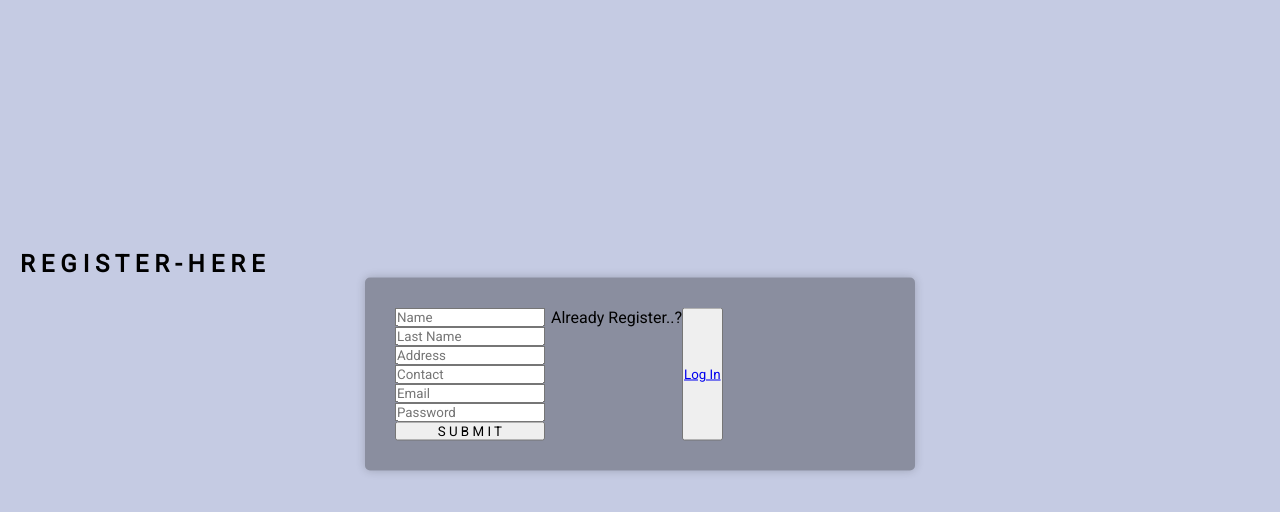
Repository: Krushna26nk/WebApplication
Page: http://localhost/Application/
An editor plug-in stored every save of this project. The page is shown before and after the next save, followed by the edit.
The browser window is 1280 px wide. The pictures show the whole page.
The page is served by Tomcat 9. Other server files are loaded and not shown.

Above is the page before, as saved 2019-05-31 13:22:14.

### web/Application/WebContent/RegisterData.jsp
<%@ page language="java" contentType="text/html; charset=UTF-8"
    pageEncoding="UTF-8"%>
<!DOCTYPE html PUBLIC "-//W3C//DTD HTML 4.01 Transitional//EN" "http://www.w3.org/TR/html4/loose.dtd">
<html>
<head>
<meta http-equiv="Content-Type" content="text/html; charset=UTF-8">
<link rel="stylesheet" type="text/css" href="Style.css">
<title>Insert title here</title>
</head>
<body bg="blur.jpg">
<div class="regDiv">
	<h2> R E G I S T E R - H E R E </h2>
<div class="formDiv">
	<form class="form" action="Registration" style="align:middle;">
				 <div class="inputFields">

					  	<input type="text" id="firstName" placeholder="Name" name="uname">

				 	  	<input type="text" id="lastName" placeholder="Last Name" name="lname">

				  	   	<input type="text" id="userAddress" placeholder="Address" name="address">

				  		<input type="number" id="contactNo" placeholder="Contact" name="contact">

				  		<input type="email" id="emailId" placeholder="Email" name="email">

				  		<input type="password" id="userPassword" placeholder="Password" name="pass">


		 	<input type="submit" value="S U B M I T">
		 </div>
	</form>
	<p> Already Register..?  </p>
		<button type="button"><a href="Login.jsp"> Log In </a></button>

</div>

</div>


<script type="text/javascript">
	var userFName = document.getElementById("firstName");
	var userLName = document.getElementById("lastName");
	var userAddr = document.getElementById("userAddress");
	var contct = document.getElementById("contactNo");
	var emailId = document.getElementById("emailId");
	var userPass = document.getElementById("userPassword");
</script>


</body>
</html>

### web/Application/WebContent/Style.css
@CHARSET "UTF-8";
@import url('https://fonts.googleapis.com/css?family=Roboto');
*{
	margin:0;
	padding:0;
	box-sizing: border-box;
	outline:none;
	font-family: 'Roboto', sans-serif;
}
body{
	background-color:#C5CBE3;
}

.regDiv{
	position:absolute;
	top:50%;
	transform:translateY(-50%);
	width:100%;
	padding:0px 20px;

}
.formDiv{
	max-width:550px;
	margin:0 auto;
	background:rgba(0,0,0,0.3);
	padding:30px;
	border-radius:5px;
	display:flex;
	box-shadow: 0 0 10px rgba(0,0,0,0.2);
}

.inputFields{
	display:flex;
	flex-direction:column;
	margin-right:4%;
}

After the next save:
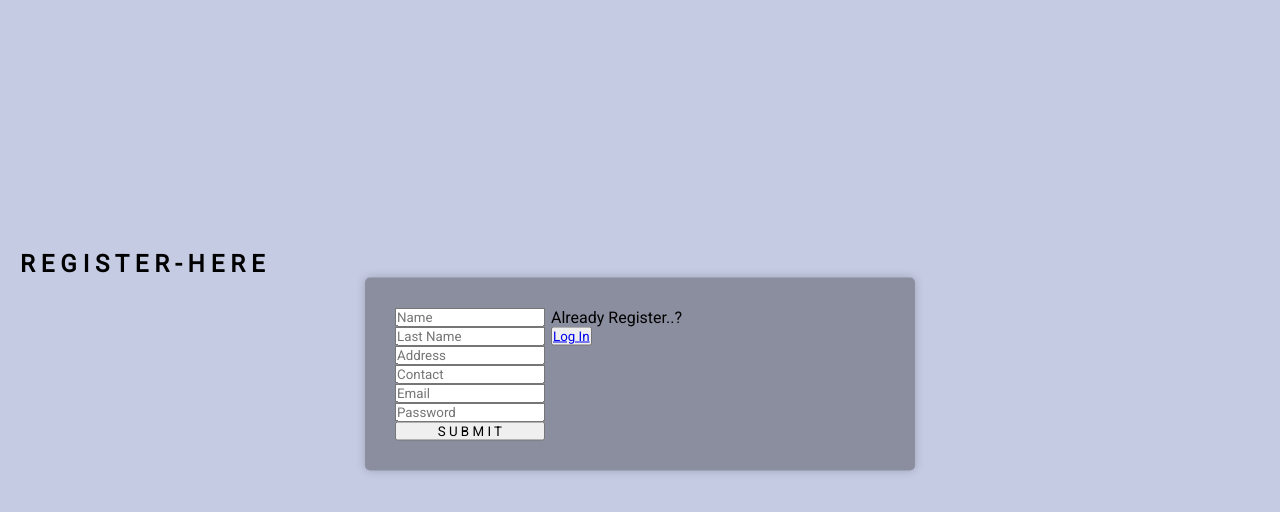
Saved 45 s later.
--- a/web/Application/WebContent/RegisterData.jsp
+++ b/web/Application/WebContent/RegisterData.jsp
@@ -27,12 +27,13 @@
 				  		<input type="password" id="userPassword" placeholder="Password" name="pass">
 
 
-		 	<input type="submit" value="S U B M I T">
+		 				<input type="submit" value="S U B M I T">
 		 </div>
 	</form>
-	<p> Already Register..?  </p>
+	<div>
+		<p> Already Register..?  </p>
 		<button type="button"><a href="Login.jsp"> Log In </a></button>
-
+	</div>
 </div>
 
 </div>
